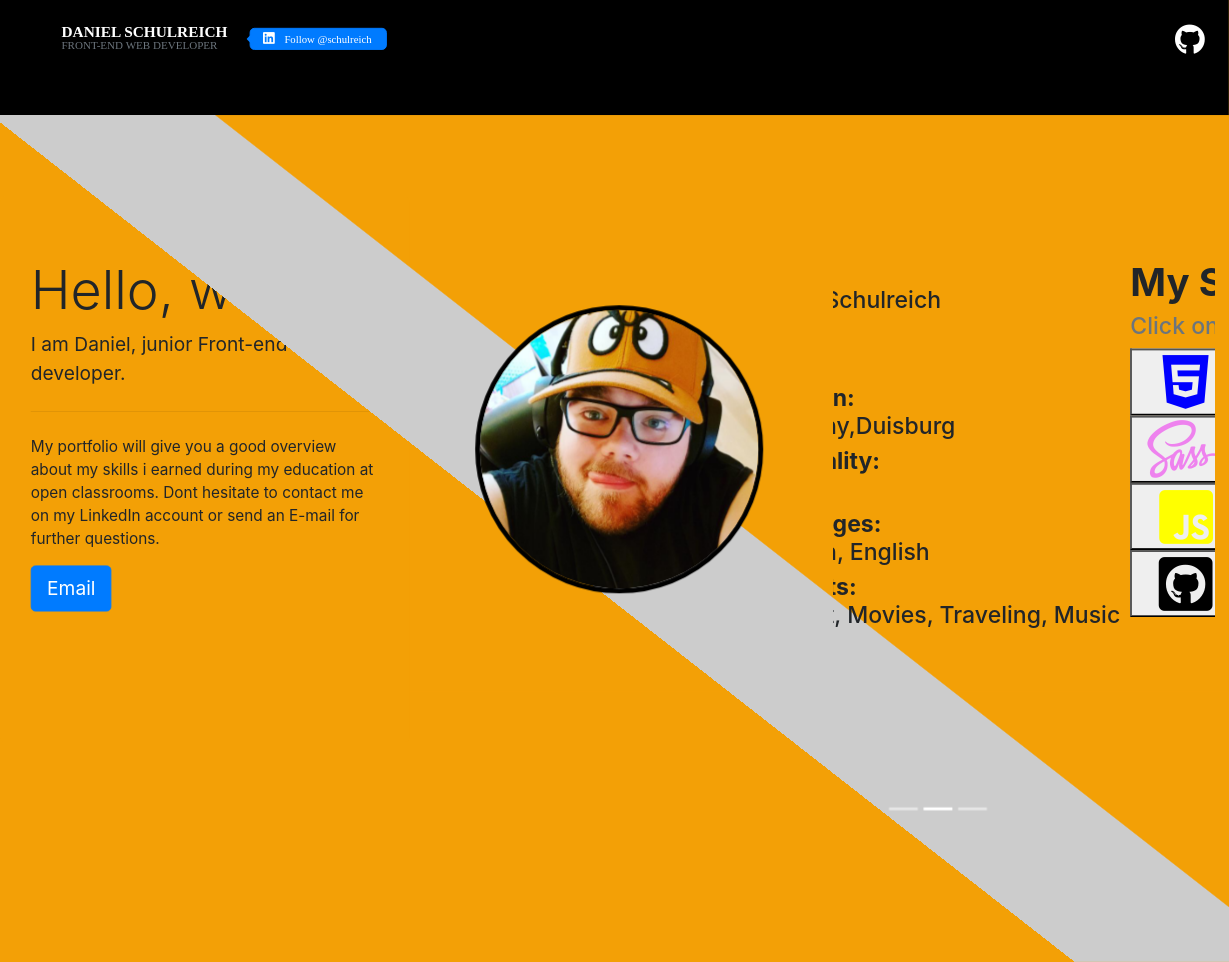
Repository: schulreich/my_portfolio
Page: index.html
These files come from the project's save history. The page is drawn as it stood at one moment and after the next save; the edit follows.
The browser window is 1280 px wide. The pictures show the whole page, at 96% of full size.
Some web fonts or font styles are not loaded; a fallback is used. Some web libraries are served in a nearby version.

Above is the page before, as saved 2020-06-19 23:08:25.

After the next save:
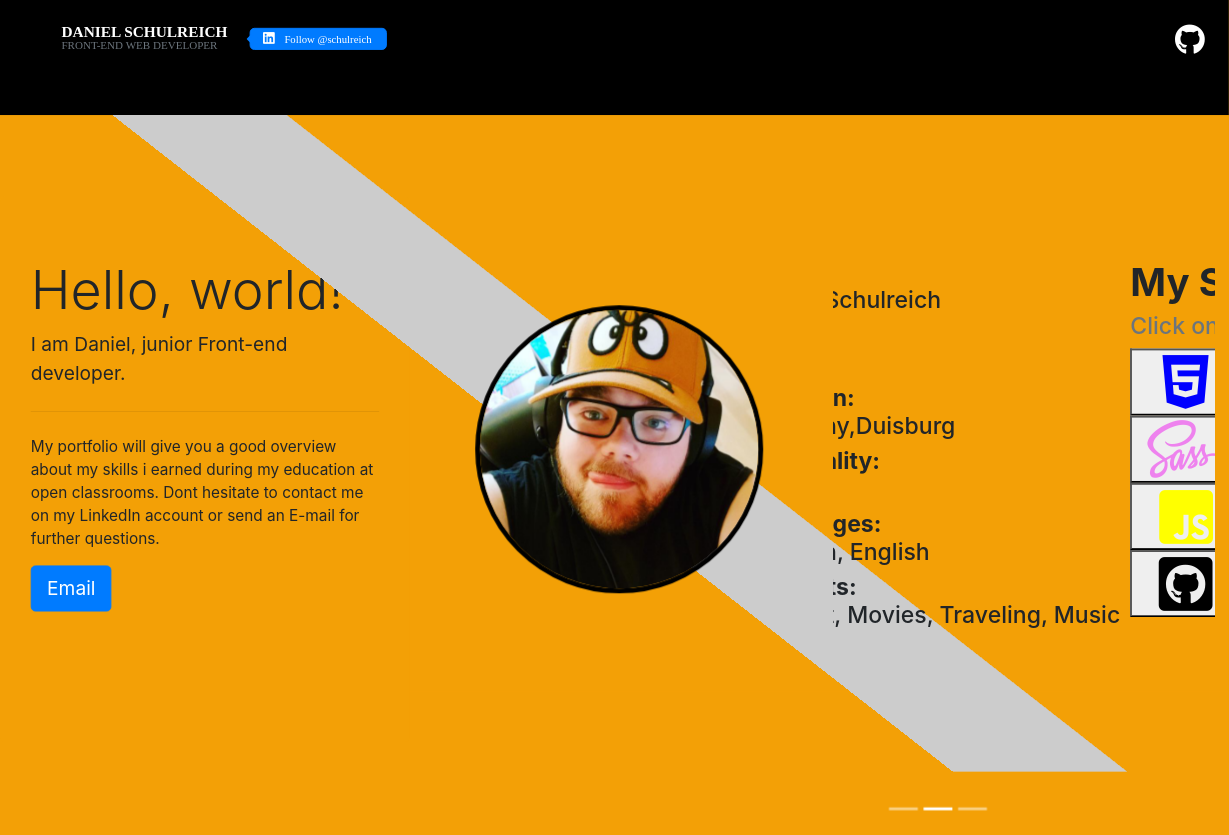
Saved 9 min 30 s later.
--- a/css/main.css
+++ b/css/main.css
@@ -149,7 +149,7 @@
 .intro-section .skew {
   transform: skew(52deg);
   position: absolute;
-  height: 147%;
+  height: 114%;
   left: 30%;
   animation: myskew 2s 1 ease;
   animation-fill-mode: forwards;
